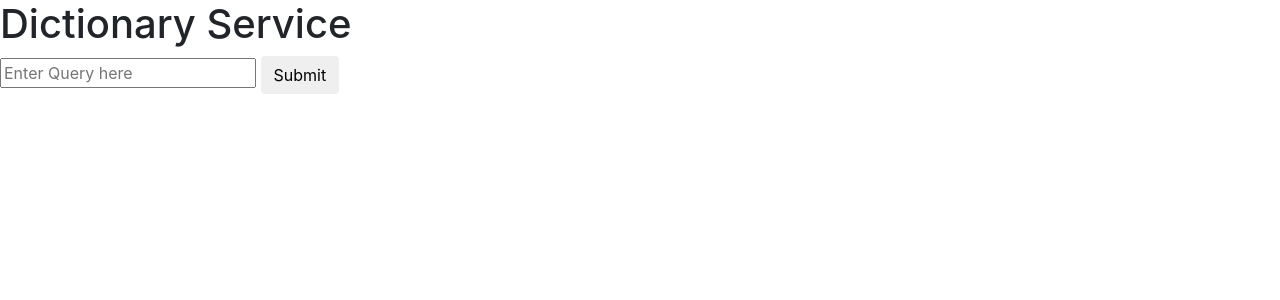
Repository: IanBurke1/AsyncRMI_DictionaryService
Page: http://localhost/AsyncRMI_DictionaryService/index.jsp
The author's editor kept a copy of each file at every save. The page is drawn from the files as they stood at one save, then again after the next save.
The browser window is 1280 px wide. The pictures show the whole page.
The page is served by Tomcat 9. Nobody is signed in. The application's start-up code is not run. Other server files are loaded and not shown.

Above is the page before, as saved 2017-12-22 18:56:24.

### AsyncRMI_DictionaryService/WebContent/index.jsp
<%@ page language="java" contentType="text/html; charset=ISO-8859-1"
    pageEncoding="ISO-8859-1"%>
<!DOCTYPE html PUBLIC "-//W3C//DTD HTML 4.01 Transitional//EN" "http://www.w3.org/TR/html4/loose.dtd">
<html>
<head>
<meta http-equiv="Content-Type" content="text/html; charset=ISO-8859-1">
<title>Dictionary LookUp</title>
<!-- Bootstrap CSS -->
<link rel="stylesheet" href="https://maxcdn.bootstrapcdn.com/bootstrap/4.0.0-beta.2/css/bootstrap.min.css" integrity="sha384-PsH8R72JQ3SOdhVi3uxftmaW6Vc51MKb0q5P2rRUpPvrszuE4W1povHYgTpBfshb" crossorigin="anonymous">
</head>
<body>
<h1>Dictionary Service</h1>
<form action="DictionaryServlet" method="post">

    <input name="query" placeholder="Enter Query here">
  <button type="submit" class="btn btn-default">Submit</button>
</form>
</body>
</html>

After the next save:
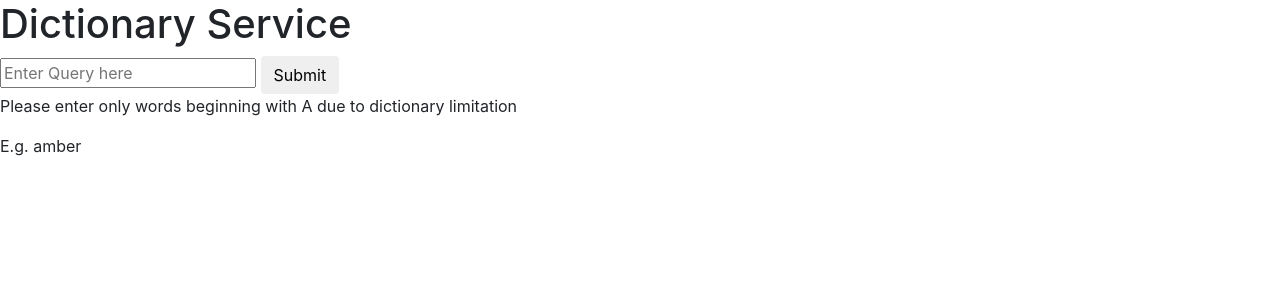
Saved 2 min 20 s later.
--- a/AsyncRMI_DictionaryService/WebContent/index.jsp
+++ b/AsyncRMI_DictionaryService/WebContent/index.jsp
@@ -15,5 +15,7 @@
     <input name="query" placeholder="Enter Query here">
   <button type="submit" class="btn btn-default">Submit</button>
 </form>
+<p> Please enter only words beginning with A due to dictionary limitation </p>
+<p>E.g. amber </p>
 </body>
 </html>
